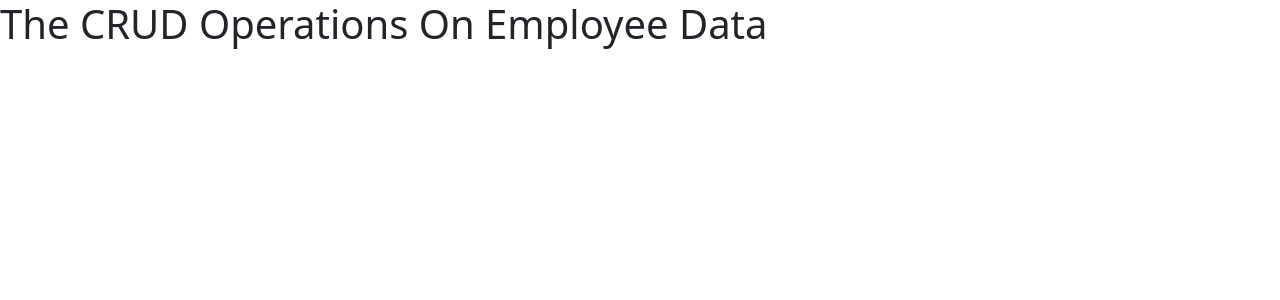
Repository: suraj-yadav7/CRUD_Emp_Data
Page: /
These files come from the project's save history. The page is drawn as it stood at one moment and after a run of saves; the edit follows.
The browser window is 1280 px wide. The pictures show the whole page.
The project was rebuilt for these pictures with package versions that can differ from the ones it lists, and the page was loaded fresh each time. Also part of the build but not shown: src/App.css.

Above is the page before, as saved 2023-06-11 10:51:53.

### src/index.js
import React from 'react';
import ReactDOM from 'react-dom/client';
import './index.css';
import App from './App';
import "../node_modules/bootstrap/dist/css/bootstrap.min.css"

const root = ReactDOM.createRoot(document.getElementById('root'));
root.render(
  <React.StrictMode>
    <App />
  </React.StrictMode>
);

### src/App.jsx
import './App.css';

function App() {
  return (
    <>
    <h1>The CRUD Operations On Employee Data</h1>


    </>
  );
}

export default App;

### src/components/Employee.jsx
import React from 'react'

const Employee = () => {
  return (
    <>
      <div className='container'>
      <table class="table">
  <thead>
    <tr>
      <th scope="col">#</th>
      <th scope="col">First</th>
      <th scope="col">Last</th>
      <th scope="col">Handle</th>
    </tr>
  </thead>
  <tbody>
    <tr>
      <th scope="row">1</th>
      <td>Mark</td>
      <td>Otto</td>
      <td>@mdo</td>
    </tr>
    <tr>
      <th scope="row">2</th>
      <td>Jacob</td>
      <td>Thornton</td>
      <td>@fat</td>
    </tr>
    <tr>
      <th scope="row">3</th>
      <td colspan="2">Larry the Bird</td>
      <td>@twitter</td>
    </tr>
  </tbody>
</table>
      </div>
    </>
  )
}

export default Employee

Loaded but not shown: public/index.html (common file); src/index.css (common file)

After the next 2 saves:
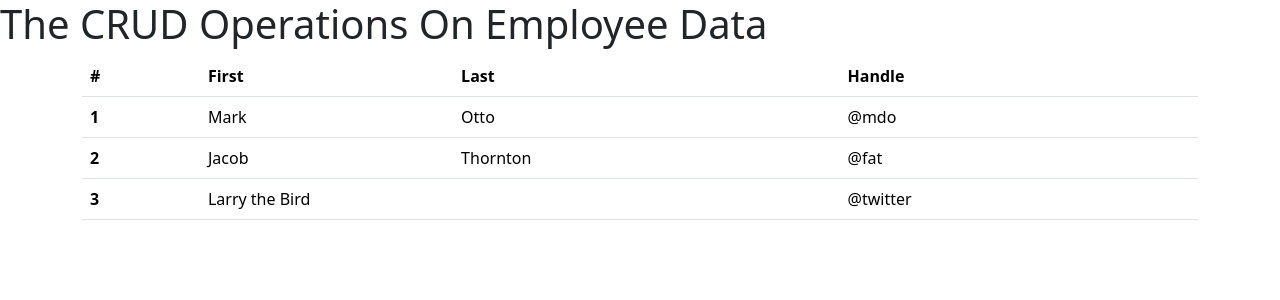
The 2 saves are shown as one change because 1 did not build or start.
The last was saved 51 s later.
--- a/src/App.jsx
+++ b/src/App.jsx
@@ -1,11 +1,12 @@
 import './App.css';
+import Employee from './components/Employee';
 
 function App() {
   return (
     <>
     <h1>The CRUD Operations On Employee Data</h1>
 
-
+    <Employee />
     </>
   );
 }
